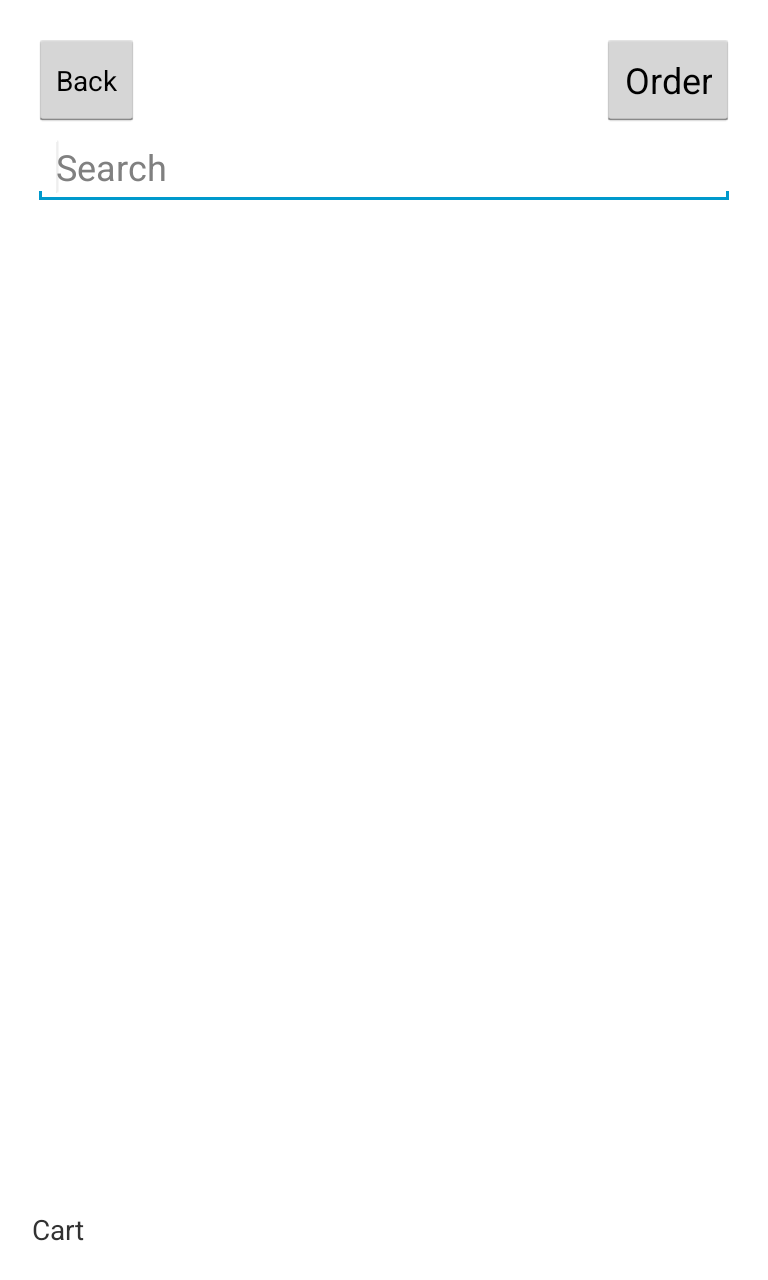
Repository: PotatoBiscuit/Thirstbuster
Layout: MobApp/workspace/DrinkAndGo/res/layout/activity_menu.xml
The author's editor kept a copy of each file at every save. The layout is drawn from the files as they stood at one save, then again after the next save.
It is drawn on a 768 x 1280 px phone screen (xhdpi) without system bars, with theme AppTheme; the app's code is not run. The app's manifest (not shown) leaves right-to-left support off. So textAlignment, textDirection and layoutDirection are ignored, and left and right values win over start and end ones.

Above is the layout before, as saved 2016-04-18 00:45:27.

### MobApp/workspace/DrinkAndGo/res/layout/activity_menu.xml
<RelativeLayout xmlns:android="http://schemas.android.com/apk/res/android"
    xmlns:tools="http://schemas.android.com/tools"
    android:layout_width="fill_parent"
    android:layout_height="fill_parent"
    android:gravity="center_horizontal"
    android:orientation="vertical"
    android:paddingBottom="@dimen/activity_vertical_margin"
    android:paddingLeft="@dimen/activity_horizontal_margin"
    android:paddingRight="@dimen/activity_horizontal_margin"
    android:paddingTop="@dimen/activity_vertical_margin"
    tools:context="com.CS477.drinkandgo.activities.MenuActivity" >

    <LinearLayout
        android:layout_width="match_parent"
        android:layout_height="wrap_content"
        android:orientation="vertical" >

        <RelativeLayout
            android:layout_width="match_parent"
            android:layout_height="wrap_content" >

            <TextView
                android:id="@+id/title_text"
                android:layout_width="wrap_content"
                android:layout_height="wrap_content"
                android:layout_alignParentTop="true"
                android:layout_centerInParent="true"
                android:textSize="@dimen/title_size2"
                android:textStyle="bold" />

            <Button
                android:id="@+id/backButton"
                style="?android:attr/buttonStyleSmall"
                android:layout_width="wrap_content"
                android:layout_height="wrap_content"
                android:layout_alignParentStart="true"
                android:layout_alignParentTop="true"
                android:onClick="goBack"
                android:text="@string/back" />

            <Button
                android:id="@+id/order"
                android:layout_width="wrap_content"
                android:layout_height="wrap_content"
                android:layout_alignParentEnd="true"
                android:layout_alignParentTop="true"
                android:onClick="gotoCart"
                android:text="@string/order" />

        </RelativeLayout>

        <EditText
            android:id="@+id/menu_search"
            android:layout_width="match_parent"
            android:layout_height="wrap_content"
            android:ems="10"
            android:hint="@string/search" >

            <requestFocus />
        </EditText>

        <ScrollView
        	android:layout_width="fill_parent"
       		android:layout_height="wrap_content">
        		<LinearLayout
            		android:id="@+id/menu_list"
            		android:layout_width="wrap_content"
            		android:layout_height="wrap_content"
            		android:orientation="vertical" >
        		</LinearLayout>
        </ScrollView>

    </LinearLayout>

    <TextView
        android:id="@+id/cart"
        android:layout_width="wrap_content"
        android:layout_height="wrap_content"
        android:layout_alignParentBottom="true"
        android:layout_alignParentLeft="true"
        android:layout_alignParentStart="true"
        android:ems="5"
        android:text="@string/cart" >

    </TextView>

</RelativeLayout>

### MobApp/workspace/DrinkAndGo/res/values/dimens.xml
<resources>

    <!-- Default screen margins, per the Android Design guidelines. -->
    <dimen name="activity_horizontal_margin">16dp</dimen>
    <dimen name="activity_vertical_margin">16dp</dimen>
    <dimen name="title_size">72px</dimen>
    <dimen name="button_margin">10dp</dimen>
    <dimen name="title_margin">50dp</dimen>
    <dimen name="title_size2">25dp</dimen>

</resources>

### MobApp/workspace/DrinkAndGo/res/values/strings.xml
<?xml version="1.0" encoding="utf-8"?>
<resources>

    <string name="app_name">DrinkAndGo</string>
    <string name="sign_in">Sign In</string>
    <string name="sign_up">Sign Up</string>
    <string name="title_activity_sign_in">SignInActivity</string>
    <string name="hello_world">Hello world!</string>
    <string name="action_settings">Settings</string>
    <string name="title_activity_sign_up">SignUpActivity</string>
    <string name="username">Username</string>
    <string name="password">Password</string>
    <string name="submit">Submit</string>
    <string name="title_activity_venue_search">VenueSearchActivity</string>
    <string name="name">Name</string>
    <string name="confirm_password">Re-enter Password</string>
    <string name="card_number">Credit Card Number</string>
    <string name="password_error">Passwords do not match!</string>
    <string name="input_error">All fields must be filled!</string>
    <string name="username_error">Username or password is incorrect!</string>
    <string name="username_not_unique">Username is already taken!</string>
    <string name="search_venue">Search Venue</string>
    <string name="search">Search</string>
    <string name="select">Select</string>
    <string name="title_activity_menu">MenuActivity</string>
    <string name="back">Back</string>
    <string name="cart">Cart</string>
    <string name="title_activity_cart">CartActivity</string>
    <string name="order">Order</string>
    <string name="self">Self-Service</string>
	<string name="table">Table-Service</string>
	<string name="enter_table_num">Enter Table Number</string>

</resources>

Loaded but not shown: MobApp/workspace/DrinkAndGo/res/values/styles.xml (common file); MobApp/workspace/DrinkAndGo/res/values-v11/styles.xml (common file); MobApp/workspace/DrinkAndGo/res/values-v14/styles.xml (common file); MobApp/workspace/DrinkAndGo/res/values-w820dp/dimens.xml (common file)

After the next save:
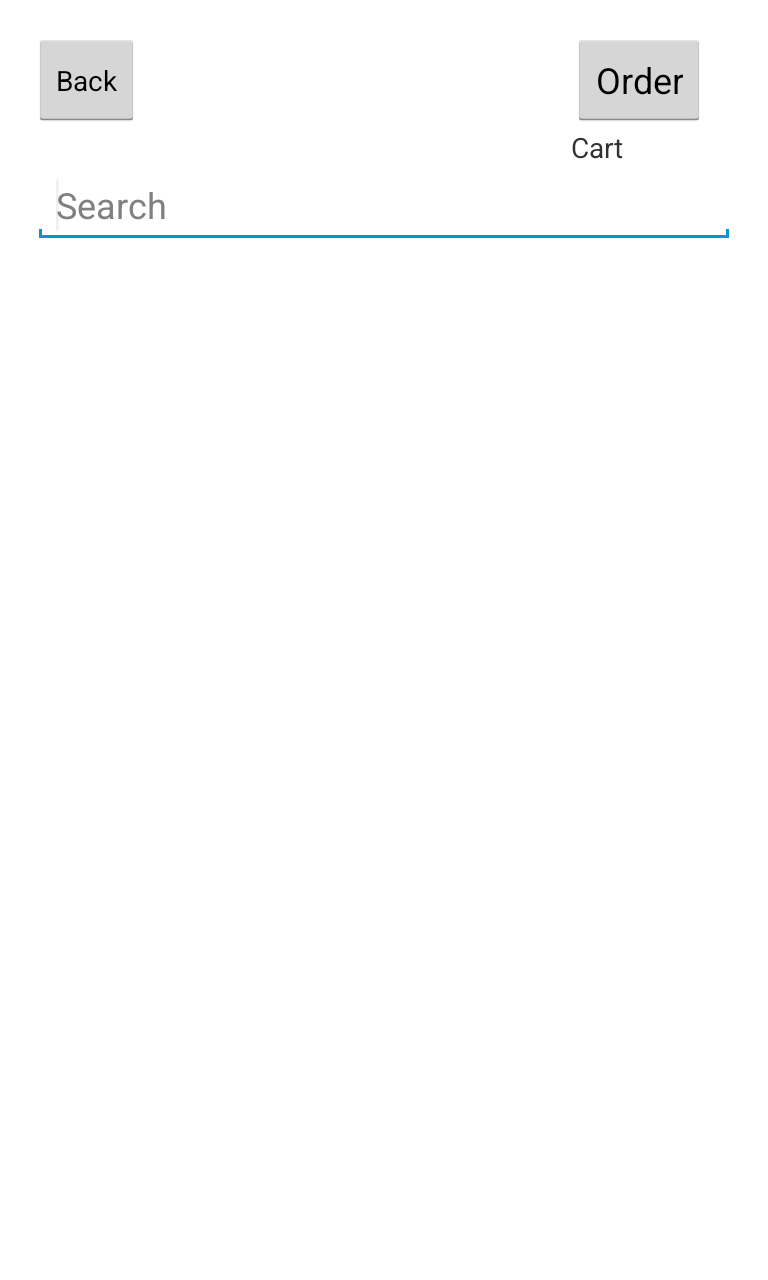
Saved 75 s later.
--- a/MobApp/workspace/DrinkAndGo/res/layout/activity_menu.xml
+++ b/MobApp/workspace/DrinkAndGo/res/layout/activity_menu.xml
@@ -38,14 +38,28 @@
                 android:onClick="goBack"
                 android:text="@string/back" />
 
-            <Button
-                android:id="@+id/order"
+            <LinearLayout
                 android:layout_width="wrap_content"
                 android:layout_height="wrap_content"
                 android:layout_alignParentEnd="true"
                 android:layout_alignParentTop="true"
-                android:onClick="gotoCart"
-                android:text="@string/order" />
+                android:orientation="vertical" >
+
+                <Button
+                    android:id="@+id/order"
+                    android:layout_width="wrap_content"
+                    android:layout_height="wrap_content"
+                    android:onClick="gotoCart"
+                    android:text="@string/order" />
+
+                <TextView
+                    android:id="@+id/cart"
+                    android:layout_width="wrap_content"
+                    android:layout_height="wrap_content"
+                    android:ems="5"
+                    android:text="@string/cart" />
+
+            </LinearLayout>
 
         </RelativeLayout>
 
@@ -72,16 +86,4 @@
 
     </LinearLayout>
 
-    <TextView
-        android:id="@+id/cart"
-        android:layout_width="wrap_content"
-        android:layout_height="wrap_content"
-        android:layout_alignParentBottom="true"
-        android:layout_alignParentLeft="true"
-        android:layout_alignParentStart="true"
-        android:ems="5"
-        android:text="@string/cart" >
-
-    </TextView>
-
 </RelativeLayout>
